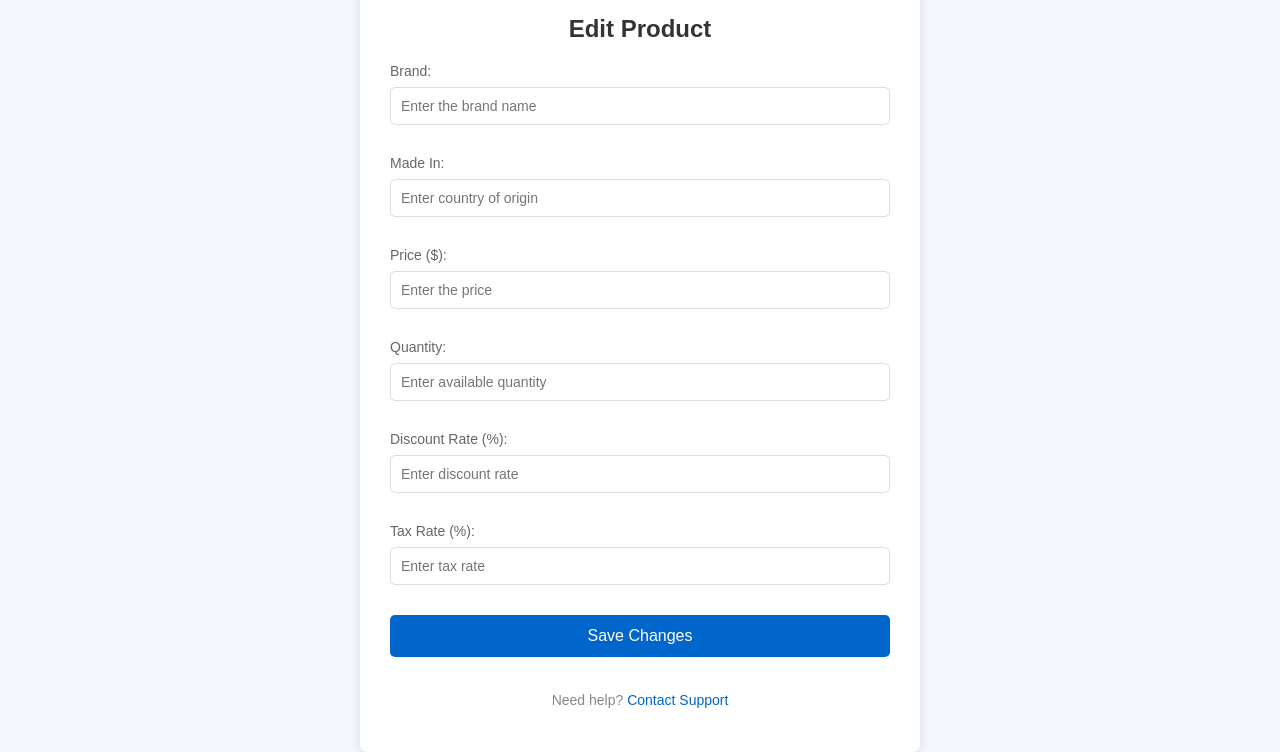
Repository: sohail1810/Product
Page: http://localhost/Edit-Product
An editor plug-in stored every save of this project. The page is shown before and after the next save, followed by the edit.
The browser window is 1280 px wide. The pictures show the whole page.
The page is this project's Thymeleaf template; nobody is signed in. The template is opened directly, without the code that normally fills it, so the values that code supplies are empty.

Above is the page before, as saved 2024-12-23 06:36:58.

### SpringBootMVC-1/src/main/resources/templates/Edit-Product.html
<!DOCTYPE html>
<html lang="en">
<head>
    <meta charset="UTF-8">
    <meta name="viewport" content="width=device-width, initial-scale=1.0">
    <title>Edit Product</title>
    <style>
        body {
            font-family: Arial, sans-serif;
            background-color: #f4f7fc;
            display: flex;
            justify-content: center;
            align-items: center;
            height: 100vh;
            margin: 0;
        }

        .form-container {
            background-color: white;
            padding: 30px;
            border-radius: 8px;
            box-shadow: 0 4px 12px rgba(0, 0, 0, 0.1);
            width: 100%;
            max-width: 500px;
        }

        h1 {
            text-align: center;
            color: #333;
            font-size: 24px;
            margin-bottom: 20px;
        }

        label {
            font-size: 14px;
            color: #666;
            margin-bottom: 8px;
            display: block;
        }

        input[type="text"],
        input[type="number"],
        input[type="submit"] {
            width: 100%;
            padding: 10px;
            margin-bottom: 15px;
            border: 1px solid #ddd;
            border-radius: 5px;
            font-size: 14px;
            box-sizing: border-box;
        }

        input[type="number"] {
            -moz-appearance: textfield;
        }

        input[type="number"]:focus,
        input[type="text"]:focus {
            border-color: #0066cc;
            outline: none;
        }

        .form-group {
            margin-bottom: 15px;
        }

        input[type="submit"] {
            background-color: #0066cc;
            color: white;
            font-size: 16px;
            cursor: pointer;
            border: none;
            padding: 12px;
            border-radius: 5px;
        }

        input[type="submit"]:hover {
            background-color: #004a99;
        }

        .form-footer {
            text-align: center;
            margin-top: 20px;
            font-size: 14px;
            color: #888;
        }

        .form-footer a {
            color: #0066cc;
            text-decoration: none;
        }

        .form-footer a:hover {
            text-decoration: underline;
        }
    </style>
</head>
<body>
    <div class="form-container">
        <h1>Edit Product</h1>
        <form action="/editProduct" method="POST">
            <div class="form-group">
                <label for="brand">Brand:</label>
                <input type="text" id="brand" name="brand" required placeholder="Enter the brand name">
            </div>

            <div class="form-group">
                <label for="madeIn">Made In:</label>
                <input type="text" id="madeIn" name="madeIn" required placeholder="Enter country of origin">
            </div>

            <div class="form-group">
                <label for="price">Price ($):</label>
                <input type="number" id="price" name="price" required placeholder="Enter the price" step="0.01">
            </div>

            <div class="form-group">
                <label for="quantity">Quantity:</label>
                <input type="number" id="quantity" name="quantity" required placeholder="Enter available quantity">
            </div>

            <div class="form-group">
                <label for="discountRate">Discount Rate (%):</label>
                <input type="number" id="discountRate" name="discountRate" required placeholder="Enter discount rate" min="0" max="100" step="0.01">
            </div>

            <div class="form-group">
                <label for="taxRate">Tax Rate (%):</label>
                <input type="number" id="taxRate" name="taxRate" required placeholder="Enter tax rate" min="0" max="100" step="0.01">
            </div>

            <input type="submit" value="Save Changes">
        </form>
        <div class="form-footer">
            <p>Need help? <a href="#">Contact Support</a></p>
        </div>
    </div>
</body>
</html>

After the next save:
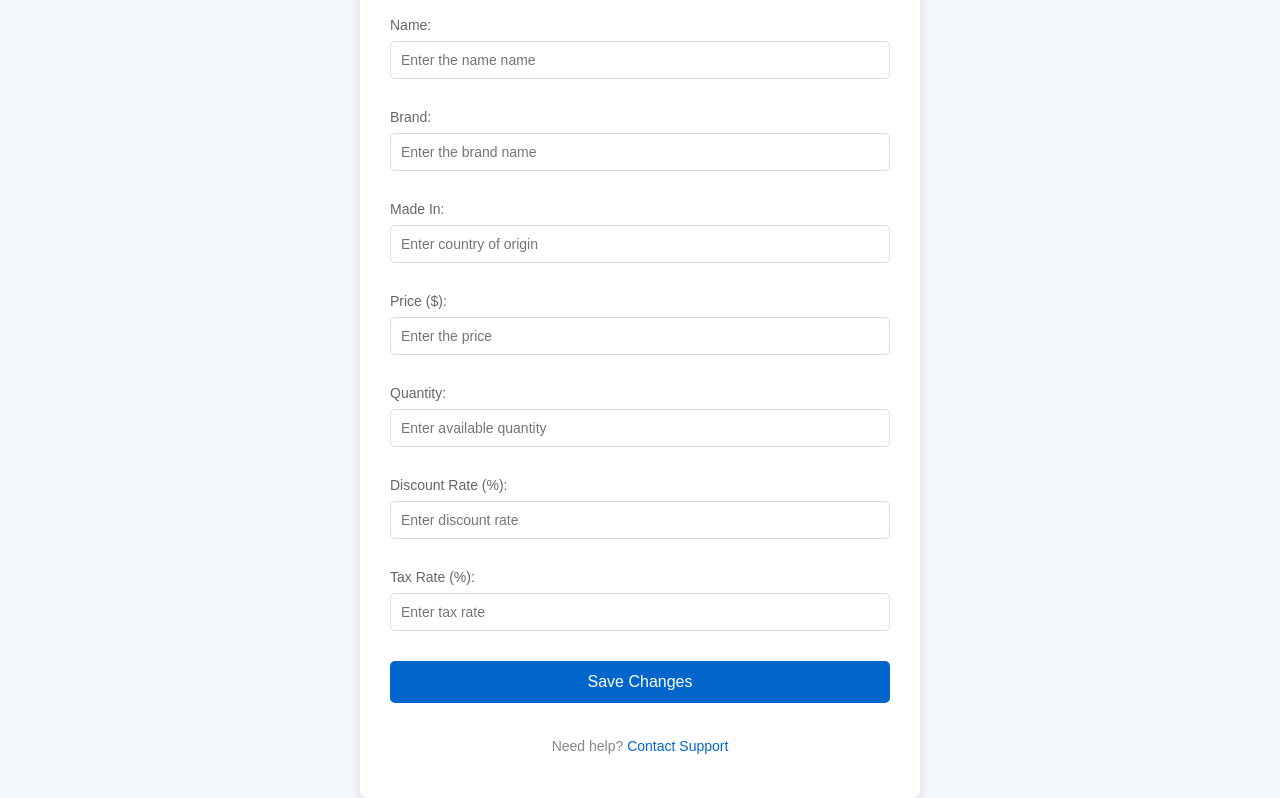
Saved 3 min 40 s later.
--- a/SpringBootMVC-1/src/main/resources/templates/Edit-Product.html
+++ b/SpringBootMVC-1/src/main/resources/templates/Edit-Product.html
@@ -99,6 +99,12 @@
     <div class="form-container">
         <h1>Edit Product</h1>
         <form action="/editProduct" method="POST">
+
+        <div class="form-group">
+                <label for="name">Name:</label>
+                <input type="text" id="name" name="name" required placeholder="Enter the name name">
+            </div>
+
             <div class="form-group">
                 <label for="brand">Brand:</label>
                 <input type="text" id="brand" name="brand" required placeholder="Enter the brand name">
